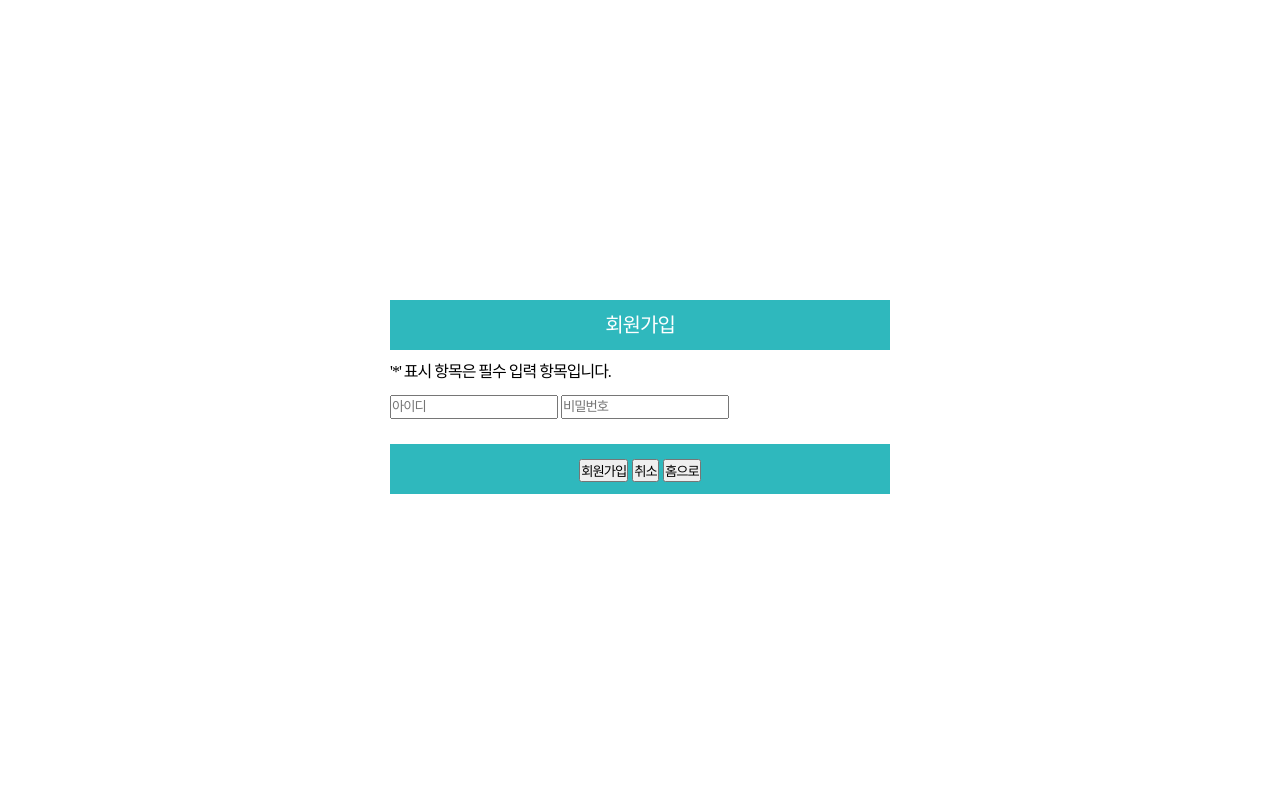
Repository: InhoKang92/jsp_1018
Page: http://localhost/Web_01/join.jsp
The author's editor kept a copy of each file at every save. The page is drawn from the files as they stood at one save, then again after the next save.
The browser window is 1280 px wide. The pictures show the whole page.
Some web fonts or font styles are not loaded; a fallback is used. The page is served by Tomcat 9. Other server files are loaded and not shown.

Above is the page before, as saved 2024-10-16 02:02:09.

### Web_01/src/main/webapp/join.jsp
<%@ page language="java" contentType="text/html; charset=UTF-8"
pageEncoding="UTF-8"%>
<!DOCTYPE html>
<html>
<head>
<meta charset="UTF-8">

<link rel="stylesheet" href="css/reset.css">
<link rel="stylesheet" href="css/join.css">

<title>모던하우스 회원가입</title>
</head>
<body>


      <form method="post" name="frm">

        <div class="join_box">
            <div class="title_box">회원가입</div>
            <p class="mand">'*' 표시 항목은 필수 입력 항목입니다.</p>
            <div class="input_box">
                <input class="id_input" type="text" placeholder="아이디" name="userid">
                <input class="pw_input" type="password" placeholder="비밀번호" name="pwd">


            </div>
            <div class="button_box">
            	<input type="submit" class="join_btn" value="회원가입" onclick="return ">
            	<input type="reset" class="reset_btn" value="취소">
            	<input type="button" class="home_btn" value="홈으로" onclick="location.href='ModernServlet?command=mdh_index'">
            </div>


        </div>
      </form>

</body>
</html>

### Web_01/src/main/webapp/css/reset.css
@charset "utf-8";

@font-face {
    font-family: 'Pretendard-Regular';
    src: url('https://fastly.jsdelivr.net/gh/Project-Noonnu/noonfonts_2107@1.1/Pretendard-Regular.woff') format('woff');
    font-weight: 400;
    font-style: normal;
}

/* CSS 리셋 */
* {
    margin: 0;
    padding: 0;
    color: #000;
    list-style: none;
    text-decoration: none;
    box-sizing: border-box;
    line-height: 1.5;
    letter-spacing: -1px;
    font-family: 'Pretendard-Regular';
}

### Web_01/src/main/webapp/css/join.css
@charset "utf-8";

.join_box {
    width: 500px;
    margin: 300px auto;
}
.title_box {
    width: 100%;
    background-color: #2fb8bd;
    border: none;
    color: #fff;
    font-size: 20px;
    padding: 10px;
    text-align: center;
}
.mand {
	margin: 10px 0;
}


.button_box {
    text-align: center;
    width: 500px;
    background-color: #2fb8bd;
    border: none;
    color: #fff;
    font-size: 20px;
    padding: 10px;
    margin-top: 25px;
    margin-bottom: 15px;
    cursor: pointer;
}

After the next save:
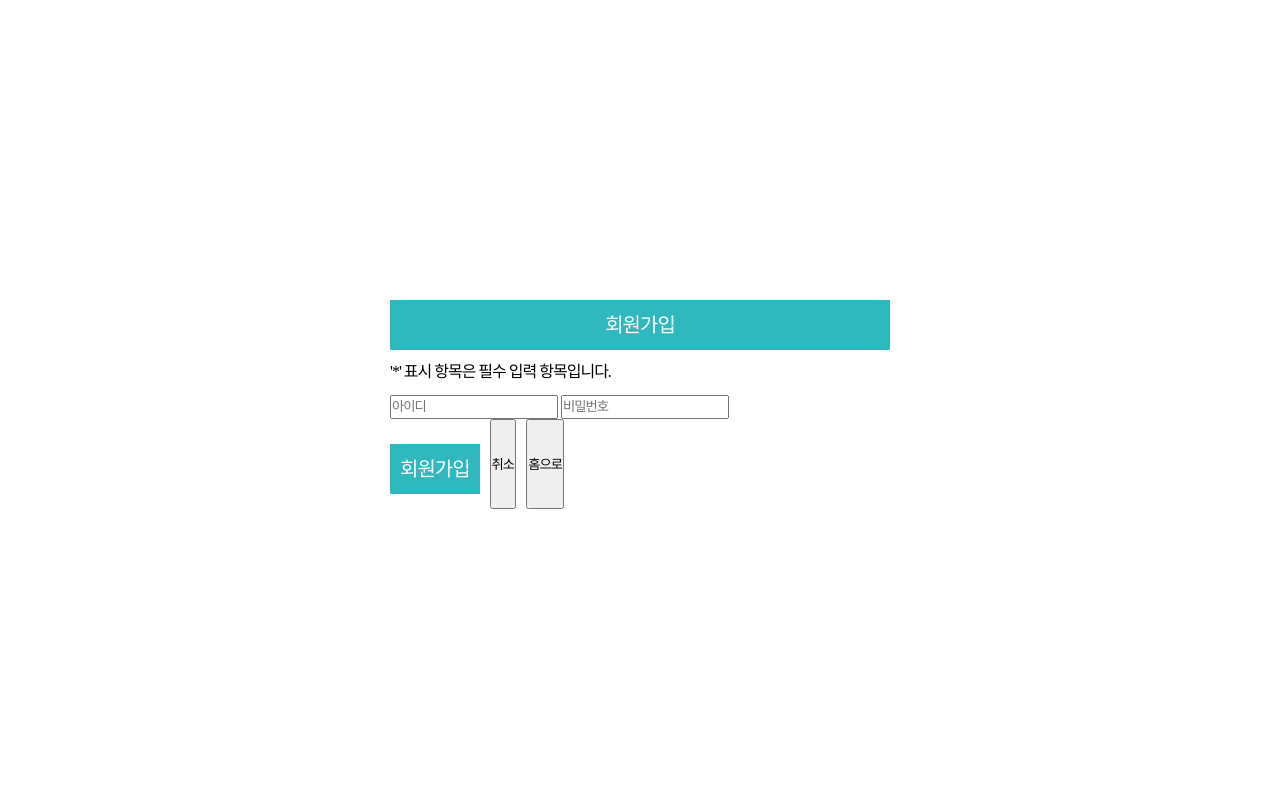
Saved 77 s later.
--- a/Web_01/src/main/webapp/css/join.css
+++ b/Web_01/src/main/webapp/css/join.css
@@ -19,9 +19,14 @@
 
 
 .button_box {
-    text-align: center;
+    display: flex;
+    gap: 10px;
     width: 500px;
-    background-color: #2fb8bd;
+
+}
+.join_btn {
+	text-align: center;
+	background-color: #2fb8bd;
     border: none;
     color: #fff;
     font-size: 20px;
